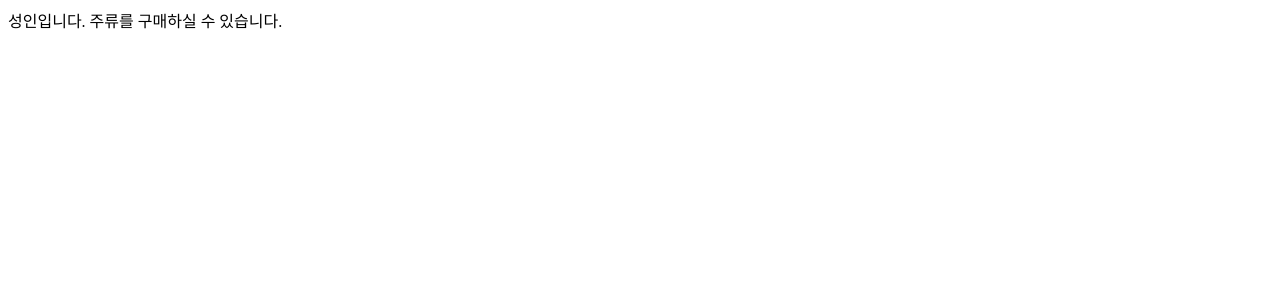
Repository: jjjjjjji-hun/jsp_practice
Page: http://localhost/JSPBasic/jspObject/2.response/res_adult.jsp
These files come from the project's save history. The page is drawn as it stood at one moment and after the next save; the edit follows.
The browser window is 1280 px wide. The pictures show the whole page.
The page is served by Tomcat 9.

Above is the page before, as saved 2022-02-04 03:27:34.

After the next save:
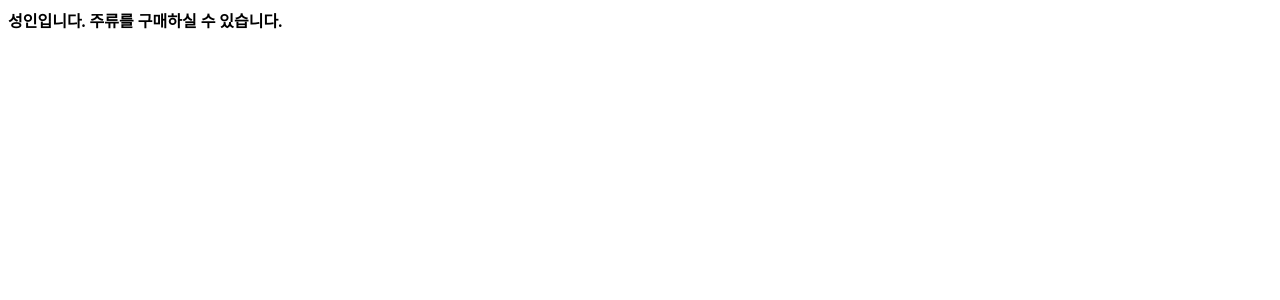
Saved 7 s later.
--- a/JSPBasic/src/main/webapp/jspObject/2.response/res_adult.jsp
+++ b/JSPBasic/src/main/webapp/jspObject/2.response/res_adult.jsp
@@ -7,6 +7,6 @@
 <title>Insert title here</title>
 </head>
 <body>
-성인입니다. 주류를 구매하실 수 있습니다.
+<b>성인입니다. 주류를 구매하실 수 있습니다.</b>
 </body>
 </html>
